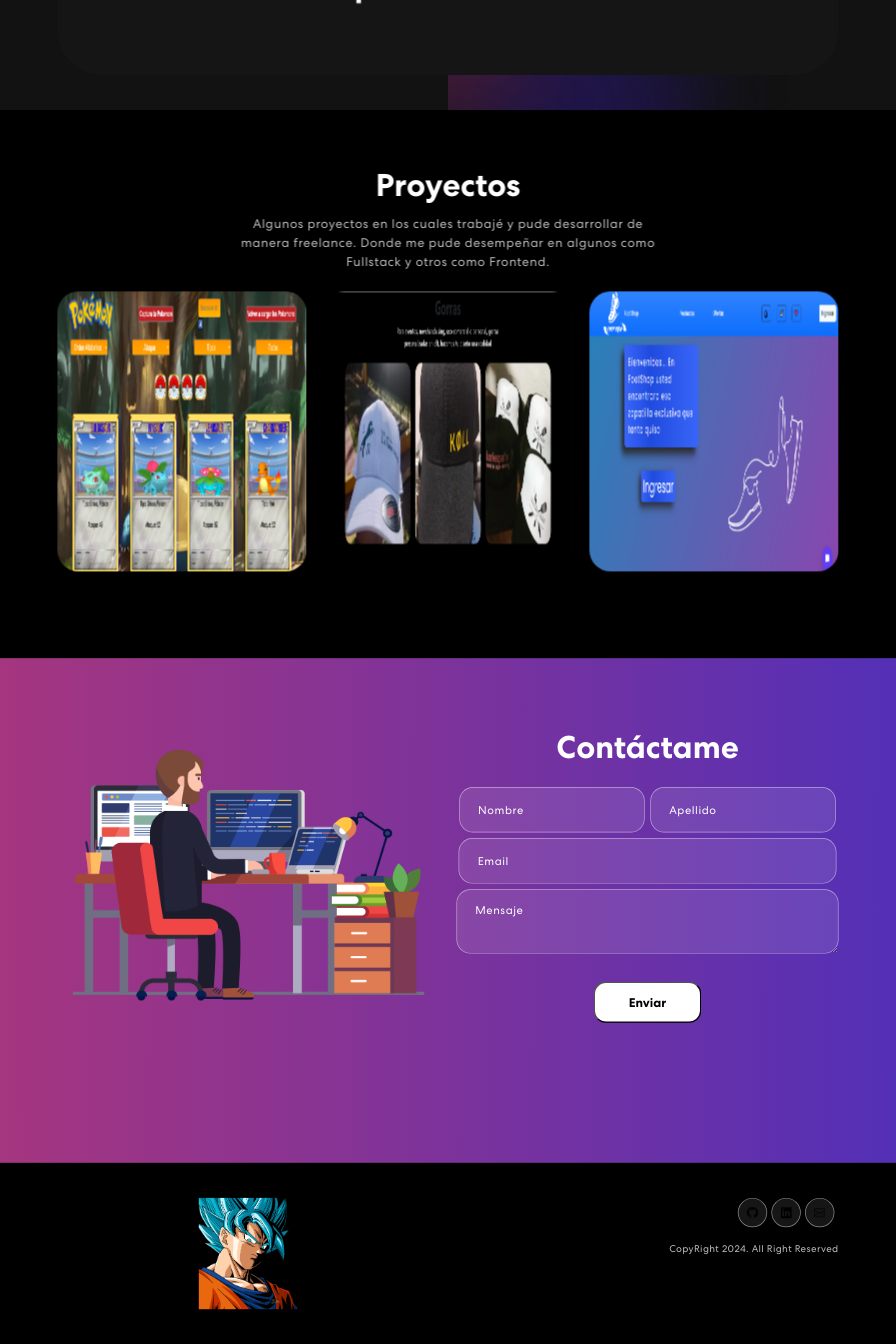
Repository: QuimeyAlejo/Portafolio-V2
Page: /
These files come from the project's save history. The page is drawn as it stood at one moment and after the next save; the edit follows.
The browser window is 1280 px wide. The pictures show the part of the page from y = 1246 to 3166 px (the page is 3166 px tall), at 70% of full size.
The project was rebuilt for these pictures with package versions that can differ from the ones it lists, and the page was loaded fresh each time. Imported but missing from the stored project, and not drawn on this page: src/components/Curriculum/DeveloperQuimeyFullStack-CV.pdf.

Above is the page before, as saved 2024-04-29 15:29:13.

### public/index.html
<!DOCTYPE html>
<html lang="en">
  <head>
    <meta charset="utf-8" />
    <link rel="icon" href="/gsd.png" />
    <meta name="viewport" content="width=device-width, initial-scale=1" />
    <meta name="theme-color" content="#000000" />
    <meta
      name="description"
      content="Web site created using create-react-app"
    />
    <link rel="apple-touch-icon" href="/gsd.png" />
    <!--
      manifest.json provides metadata used when your web app is installed on a
      user's mobile device or desktop. See https://developers.google.com/web/fundamentals/web-app-manifest/
    -->
    <link rel="manifest" href="%PUBLIC_URL%/manifest.json" />
    <!--
      Notice the use of %PUBLIC_URL% in the tags above.
      It will be replaced with the URL of the `public` folder during the build.
      Only files inside the `public` folder can be referenced from the HTML.

      Unlike "/favicon.ico" or "favicon.ico", "%PUBLIC_URL%/favicon.ico" will
      work correctly both with client-side routing and a non-root public URL.
      Learn how to configure a non-root public URL by running `npm run build`.
    -->
    <title>Quimey Alejo Lopez</title>
  </head>
  <body>
    <noscript>You need to enable JavaScript to run this app.</noscript>
    <div id="root"></div>
    <!--
      This HTML file is a template.
      If you open it directly in the browser, you will see an empty page.

      You can add webfonts, meta tags, or analytics to this file.
      The build step will place the bundled scripts into the <body> tag.

      To begin the development, run `npm start` or `yarn start`.
      To create a production bundle, use `npm run build` or `yarn build`.
    -->
  </body>
</html>

### src/pages/Home.jsx
import React from 'react'
import NavBar from '../components/NavBar/NavBar'
import Banner from '../components/Banner/Banner'
import Skills from '../components/Skills/Skills'
import Projects from '../components/Projects/Projects'
import Contact from '../components/Contact/Contact'
import Footer from '../components/Footer/Footer'

function Home() {
  return (

    <div>
        <NavBar/>
        <Banner />
        <Skills />
        <Projects />
        <Contact />
        <Footer />
    </div>
  )
}

export default Home

### src/components/NavBar/NavBar.jsx
import React, {useState, useEffect} from 'react';
import Container from 'react-bootstrap/Container';
import Nav from 'react-bootstrap/Nav';
import Navbar from 'react-bootstrap/Navbar';
import logo from '../../assets/img/logo.png';
import logogith from '../../assets/img/github.svg'
import logolink from '../../assets/img/linkedin.svg'
import logomail from '../../assets/img/envelope.svg'
import CV from '../Curriculum/DeveloperQuimeyFullStack-CV.pdf'



function NavBar() {

    const [activeLink, setActiveLink] = useState('home');
    const [scrolled, setScrolled] = useState(false)

    useEffect(() => {
        if (window.scrollY > 50) {
            setScrolled(true)
        }else{
            setScrolled(false)
        }

        window.addEventListener('scroll', onscroll)
        return () => window.removeEventListener('scroll', onscroll)
    }, [])

    const onUpdateActiveLink = (value) => {
        setActiveLink(value);
    }

  return (
    <Navbar expand="lg" className={scrolled ? 'scrolled' : '' }>
      <Container>
        <Navbar.Brand href="#home">
            <img className='imgLogo' src={logo} alt='logo'/>
        </Navbar.Brand>
        <Navbar.Toggle aria-controls="basic-navbar-nav">
            <span className='navbar-toggler-icon'></span>
        </Navbar.Toggle>
        <Navbar.Collapse id="basic-navbar-nav">
          <Nav className="me-auto">
          <Nav.Link href="#home" className={activeLink === 'home' ? 'active navbar-link' : 'navbar-link'} onClick={() => onUpdateActiveLink('home')}>Home</Nav.Link>
            <Nav.Link href="#skills" className={activeLink === 'skills' ? 'active navbar-link' : 'navbar-link'} onClick={() => onUpdateActiveLink('skills')}>Habilidades</Nav.Link>
            <Nav.Link href="#projects" className={activeLink === 'projects' ? 'active navbar-link' : 'navbar-link'} onClick={() => onUpdateActiveLink('projects')}>Proyectos</Nav.Link>

           <Nav.Link href={CV} download className={activeLink === 'home' ? 'active navbar-link' : 'navbar-link'}>Descargar CV</Nav.Link>
          </Nav>
          <span className="navbar-text">
            <div className="social-icon">
                <a href='https://github.com/QuimeyAlejo'><img src={logogith} alt='logogit'/></a>
                <a href='https://www.linkedin.com/in/quimey-alejo-lopez-199431202/'><img src={logolink} alt='logolinked'/></a>
                <a href='mailto:qalopez2000@gmail.com'><img src={logomail} alt="logomail" /></a>
            </div>
            <a href='mailto:qalopez2000@gmail.com'><button className='vvd'><span>Conectemos</span></button></a>
          </span>
        </Navbar.Collapse>
      </Container>
    </Navbar>
  )
}

export default NavBar

### src/components/Banner/Banner.jsx
import React, { useState, useEffect } from "react";
import { Col, Container, Row } from "react-bootstrap";
import Aos from "aos";
import "aos/dist/aos.css";
import headerImg from "../../assets/img/astronauta4.png";
import styles from "./banner.module.css";

function Banner() {
  const [loopNum, setLoopNum] = useState(0);
  const [isDeleting, setIsDeleting] = useState(false);
  const [text, setText] = useState("");
  const [delta, setDelta] = useState(300 - Math.random() * 100);
  const toRotate = ["Fullstack developer"];
  const period = 2000;

  useEffect(() => {
    let ticker = setInterval(() => {
      tick();
    }, delta);

    return () => {
      clearInterval(ticker);
    };
  }, [text]);

  function tick() {
    let i = loopNum % toRotate.length;
    let fullText = toRotate[i];
    let updatedText = isDeleting
      ? fullText.substring(0, text.length - 1)
      : fullText.substring(0, text.length + 1);

    setText(updatedText);

    if (isDeleting) {
      setDelta((prevDelta) => prevDelta / 2);
    }

    if (!isDeleting && updatedText === fullText) {
      setIsDeleting(true);
      setDelta(period);
    } else if (isDeleting && updatedText === "") {
      setIsDeleting(false);
      setLoopNum(loopNum + 1);
      setDelta(500);
    }
  }

  useEffect(() => {
    Aos.init({ duration: 1000 });
  }, []);

  return (
    <section className={styles.banner} id="home">
      <Container>
        <Row className="align-items-center">
          <Col xs={12} md={6} xl={7}>
            <div className="" data-aos="fade-right">
              <span className={styles.tagline}>
                Bienvenidos a mi Portafolio
              </span>
              <h1>
                {"Hola, mi nombre es Quimey "}
                {/* <span className={styles.wrap}>{text}</span> */}
              </h1>
              <p>
             Estudiante de la Tecnicatura Universitaria en Programación en la UTN de Rosario. Además, he
completado un bootcamp de programación web donde adquirí sólidos fundamentos y habilidades en
lógica de programación. Mi pasión por la informática me impulsa a seguir ampliando mis
conocimientos y explorando diversas tecnologías y lenguajes de programación..{" "}
              </p>
              <a href='mailto:devquimeyalopez@gmail.com'>
                <button>Conectemos</button>
              </a>
            </div>
          </Col>
          <Col xs={12} md={6} xl={5}>
            <div className="" data-aos="fade-left">
              <img
                className={styles.imgBanner}
                src={headerImg}
                alt="Headder Img"
              />
            </div>
          </Col>
        </Row>
      </Container>
    </section>
  );
}

export default Banner;

### src/components/Contact/Contact.jsx
import React, { useEffect, useState } from "react";
import { Col, Container, Row } from "react-bootstrap";
import imgForm1 from "../../assets/img/imgForm.png";
import Aos from "aos";
import "aos/dist/aos.css";
import "./contact.css";

function Contact() {
  const formInitialDetails = {
    firstName: "",
    lastName: "",
    email: "",
    //phone: '',
    message: "",
  };

  const [formDetails, setFormDetails] = useState(formInitialDetails);
  const [buttonText, setButtonText] = useState("Enviar");
  const [status, setStatus] = useState({});

  function handleFormUpdate(category, value) {
    setFormDetails({
      ...formDetails,
      [category]: value,
    });
  }

  async function handleSubmit(e) {
    e.prevent.default();
    setButtonText("Enviando...");
    let response = await fetch("http://localhost:5000/contact", {
      method: "POST",
      headers: {
        "Content-Type": "Application/json;charset=utf-8",
      },
      body: JSON.stringify(formDetails),
    });
    setButtonText("Enviar");
    let result = response.json();
    setFormDetails(formInitialDetails);
    if (result.code === 200) {
      setStatus({ success: true, message: "Mensaje enviado exitosamente" });
    } else {
      setStatus({
        succes: false,
        message: "Algo salio mal, porfavor intente de nuevo.",
      });
    }
  }

  useEffect(() => {
    Aos.init({ duration: 1000 });
  }, []);

  return (
    <section className="contact" id="connect">
      <Container>
        <Row className="align-items-center">
          <Col md={6}>
            <img src={imgForm1} alt="imagen form" />
          </Col>
          <Col md={6}>
            <div
              className=""
              data-aos="zoom-in"
            >
              <h2>Contáctame</h2>
              <form
                onSubmit={handleSubmit}
                action="https://formsubmit.co/qalopez2000@gmail.com"
                method="POST"
              >
                <Row>
                  <div className="containerInput">
                    <Col sm={6} className="px-1">
                      <input
                        name="Nombre"
                        type="text"
                        value={formDetails.firstName}
                        placeholder="Nombre"
                        onChange={(e) =>
                          handleFormUpdate("firstName", e.target.value)
                        }
                      />
                    </Col>
                    <Col sm={6} className="px-1">
                      <input
                        name="Apellido"
                        type="text"
                        value={formDetails.lastName}
                        placeholder="Apellido"
                        onChange={(e) =>
                          handleFormUpdate("lastName", e.target.value)
                        }
                      />
                    </Col>
                  </div>
                  <Col sm={6} className="px-1" id="inputEm">
                    <input
                      name="Email"
                      type="email"
                      value={formDetails.email}
                      placeholder="Email"
                      onChange={(e) =>
                        handleFormUpdate("email", e.target.value)
                      }
                    />
                  </Col>
                  <Col>
                    <textarea
                      name="Mensaje"
                      row="6"
                      value={formDetails.message}
                      placeholder="Mensaje"
                      onChange={(e) =>
                        handleFormUpdate("message", e.target.value)
                      }
                    ></textarea>
                    <button type="submit">
                      <span>{buttonText}</span>
                    </button>
                  </Col>
                  {status.message && (
                    <Col>
                      <p
                        className={
                          status.success === false ? "danger" : "success"
                        }
                      >
                        {status.message}
                      </p>
                    </Col>
                  )}
                </Row>
              </form>
            </div>
          </Col>
        </Row>
      </Container>
    </section>
  );
}

export default Contact;

### src/components/Footer/Footer.jsx
import React from 'react';
import { Col, Container, Row } from 'react-bootstrap';
import logo from '../../assets/img/pngegg.png';
import logogith from '../../assets/img/github.svg';
import logolink from '../../assets/img/linkedin.svg';
import logomail from '../../assets/img/envelope.svg'
import './footer.css'


function Footer() {
  return (
    <footer className='footer'>
        <Container>
            <Row className='align-item-center'>
                <Col sm={6}>
                    <img className='imgLogo' src={logo} alt="logo footer" />
                </Col>
                <Col sm={6} className='text-center text-sm-end'>
                    <div className='social-icon'>
                        <a href='https://github.com/QuimeyAlejo'> <img src={logogith} alt="logo gith" /> </a>
                        <a href='https://www.linkedin.com/in/quimey-alejo-lopez-199431202/'> <img src={logolink} alt="logo link" /> </a>
                        <a href='devquimeyalopez@gmail.com'><img src={logomail} alt="logomail" /></a>
                    </div>
                    <p>CopyRight 2024. All Right Reserved</p>
                </Col>
            </Row>
        </Container>
    </footer>
  )
}

export default Footer

### src/components/Banner/banner.module.css
.imgBanner{
    width: 100%;
}
.banner{
    margin-top: -80px;
    padding: 260px 0 200px 0;
    /* background-image: url(../../assets/img/5437630.jpg); */
    /* background-image: url(../../assets/img/html.jpg); */
    background-image: url(../../assets/img/3174286.jpg);

    background-position: top center;
    background-size: cover;
    background-repeat: no-repeat;
}
.banner .tagline {
    font-weight: 700;
    letter-spacing: 0.8px;
    padding: 8px 10px;
    background: linear-gradient(90.21deg, rgba(23, 75, 43, 0.5) -5.91%, rgba(6, 94, 53, 0.5) 111.58%);
    border: 1px solid rgba(255, 255, 255, 0.5);
    font-size: 20px;
    margin-bottom: 16px;
    display: inline-block;
}
.banner h1 {
    font-size: 65px;
    font-weight: 700;
    letter-spacing: 0.8px;
    line-height: 1;
    margin-bottom: 20px;
    display: block;
}
.banner p {
    color: #b8b8b8;
    font-size: 18px;
    letter-spacing: 0.8px;
    line-height: 1.5em;
    width: 96%;
}
.banner button {
    /* color: #fff; */
    font-weight: 700;
    font-size: 20px;
    padding: 8px 10px;
    border: 1px solid black;
    border-radius: 20px;
    margin-top: 40px;
    letter-spacing: 0.8px;
    display: flex;
    align-items: center;
}
.banner a {
    text-decoration: none;
}
.banner button svg {
    margin-left: 5px;
}
.banner button:hover svg {
    margin-left: 25px;
}
.banner img {
    animation: updown 3s linear infinite;
}
@keyframes updown {
    0% {
        transform: translateY(-20px);
    }
    50% {
        transform: translateY(20px);
    }
    100% {
        transform: translateY(-20px);
    }
}
.txt-rotate > .wrap {
    border-right: 0.08em solid #666;
}

### src/components/Skills/skills.module.css
.skill {
    padding: 0 0 50px 0;
    position: relative;
}
.skillbx {
    background: #151515;
    border-radius: 64px;
    text-align: center;
    padding: 60px 50px;
    margin-top: -60px;
}
.skill h5 {
    font-size: 45px;
    font-weight: 700;
}
.skill p {
    color: #b8b8b8;
    font-size: 18px;
    letter-spacing: 0.8px;
    line-height: 1.5rem;
    margin: 14px 0 75px 0;
}
.skillSlider {
    width: 80%;
    margin: 0 auto;
    position: relative;
}
.skillSlider .item img{
    width: 50%;
    margin: 0 auto 15px auto;
}
.imgCar {
    width: 50%;
}
.backgroundImageLeft {
    top: 28%;
    position: absolute;
    bottom: 0;
    width: 40%;
    z-index: -4;
}

### src/components/Projects/projects.module.css
.project {
    padding: 80px 0;
    position: relative;
    background-color: black;
}
.project h2 {
    font-size: 45px;
    font-weight: 700;
    text-align: center;
}
.project p {
    color: #b8b8b8;
    font-size: 18px;
    letter-spacing: 0.8px;
    line-height: 1.5em;
    margin: 14px auto 30px auto;
    text-align: center;
    width: 56%;
}
.project .nav.nav-pills {
    width: 72%;
    margin: 0 auto;
    border-radius: 50px;
    background-color: rgb(255, 255, 255 / 10%);
    overflow: hidden;
}
.project .nav.nav-pills .nav-item {
    width: 33.33333%;
}
.project .nav.nav-pills .nav-link {
    background-color: transparent;
    border-radius: 0;
    padding: 17px 0;
    color: #fff;
    width: 100%;
    font-size: 17px;
    letter-spacing: 0.8px;
    font-weight: 500;
    position: relative;
    transition: 0.3s ease-in-out;
    text-align: center;
    z-index: 0;
}
.project .nav.nav-pills .nav-link::before {
    content: '';
    position: absolute;
    width: 0;
    height: 100%;
    background: linear-gradient(90.21deg,rgba(255, 255, 255, 0.5));
    top: 0;
    left: 0;
    z-index: -1;
    transition: 0.3s ease-in-out;
}
.project .nav.nav-pills .nav-link.active::before {
    width: 100% !important;
}
.project .nav.nav-pills .nav-link.active {
    border: 1px solid rgba(255, 255, 255, 1);
}
.nav-link#projects-tabs-tab-first {
    border: 1px solid rgba(255, 255, 255, 0.5);
    border-radius: 55px 0px 0px 0px;
}
.nav-link#projects-tabs-tab-second {
    border-top: 1px solid rgba(255, 255, 255, 0.5);
    border-bottom: 1px solid rgba(255, 255, 255, 0.5);
}
.nav-link#projects-tabs-tab-third {
    border: 1px solid rgba(255, 255, 255, 0.5);
    border-radius: 0 55px 0;
}
.backgroundimageright {
    top: 20%;
    position: absolute;
    bottom: 0;
    width: 35%;
    right: 0;
    z-index: -4;
}
/* -----------------------CARD -------------------------------------------------*/
.projimgbx {
    position: relative;
    border-radius: 30px;
    overflow: hidden;
    margin-bottom: 24px;
    height: 90%;
}
.projimgbx img {
height: 420px;
}
.projimbgx::before {
    content: '';
    background: linear-gradient(90.21deg,rgba(255, 255, 255, 0.5));
    opacity: 0.85;
    position: absolute;
    width: 100%;
    height: 0;
    transition: 0.4s ease-in-out;
}
.projimgbx:hover::before {
    height: 100%;
}
.projtxtx {
    position: absolute;
    text-align: center;
    top: 65%;
    left: 50%;
    transform: translate(-50%, -50%);
    transition: 0.5s ease-in-out;
    opacity: 0;
    width: 100%;
}
.projimgbx:hover .projtxtx {
    top: 50%;
    opacity: 1;
    background-color: black;
    border: 1px solid;
    border-radius: 10px;
}
.projtxtx h4 {
    font-size: 30px;
    font-weight: 700;
    letter-spacing: 0.8px;
    line-height: 1.1em;
}
.projtxtx span {
    font-size: italic;
    font-weight: 400;
    font-size: 15px;
    letter-spacing: 0.8px;
}
.buttonCard{
    font-weight: 700;
    font-size: 14px;
    padding: 8px 10px;
    border: 1px solid black;
    border-radius: 20px;
    letter-spacing: 0.8px;
    margin-left: 10px;
}
.buttonCard:hover svg{
    margin-left: 10px;
}

### src/components/Contact/contact.css
.contact {
  background: linear-gradient(90.21deg, #aa367c -5.91%, #4a2fbd 111.58%);
  padding: 100px 0 200px 0;
}
.contact img {
  width: 92%;
}
.contact h2 {
  font-size: 45px;
  font-weight: 700;
  margin-bottom: 30px;
}
.contact form input,
.contact form textarea {
  width: 100%;
  background: rgba(255, 255, 255, 0.1);
  border: 1px solid rgba(255, 255, 255, 0.5);
  border-radius: 20px;
  color: #fff;
  margin: 0 0 8px 0;
  padding: 18px 26px;
  font-weight: 500;
  font-size: 18px;
  letter-spacing: 0.8px;
  transition: 0.3s ease-in-out;
}
.containerInput {
    display: flex;
}
#inputEm {
    width: 96%;
    margin-left: 2%;
}
.contact form input:focus,
.contact form textarea:focus {
  background: rgba(255, 255, 255, 1);
  color: #121212;
}
.contact form input::placeholder,
.contact form textarea::placeholder {
  font-size: 16px;
  font-weight: 400;
  color: #fff;
}
.contact form input:focus::placeholder,
.contact form textarea:focus::placeholder {
  color: #121212;
  opacity: 0.8;
}
.contact form button {
  font-weight: 700;
  color: #000;
  background-color: #fff;
  padding: 14px 48px;
  font-size: 18px;
  margin-top: 25px;
  border-radius: 0;
  position: relative;
  transition: 0.3s ease-in-out;
  border-radius: 18px;
}
.contact form button span {
    z-index: 1;
    position: relative;
}
.contact form button:hover {
    color: #fff;
    border-radius: 18px;
}
.contact form button::before {
    content: "";
    background: #121212;
    width: 0;
    height: 100%;
    position: absolute;
    top: 0;
    left: 0;
    z-index: 0;
    transition: 0.3s ease-in-out;
    border-radius: 18px;
  }
  .contact form button:hover::before {
    width: 100%;
    border-radius: 18px;
  }

### src/components/Footer/footer.css
.footer {
    padding: 50px 0 50px 0;
    background-image: url(../../assets/img/black.png);
    background-position: center center;
    background-size: cover;
    background-repeat: no-repeat;
}
.footer img {
    width: 26%;
}
.footer p {
    font-weight: 400;
    font-size: 14px;
    color: #b8b8b8;
    letter-spacing: 0.5px;
    margin-top: 20px;
}

Loaded but not shown: src/index.js (common file); src/index.css (common file); src/reportWebVitals.js (common file); src/App.js (14 lines, source omitted); src/components/Projects/Projects.jsx (140 lines, source omitted); src/App.css (246 lines, source omitted); src/components/Skills/Skills.jsx (149 lines, source omitted)

After the next save:
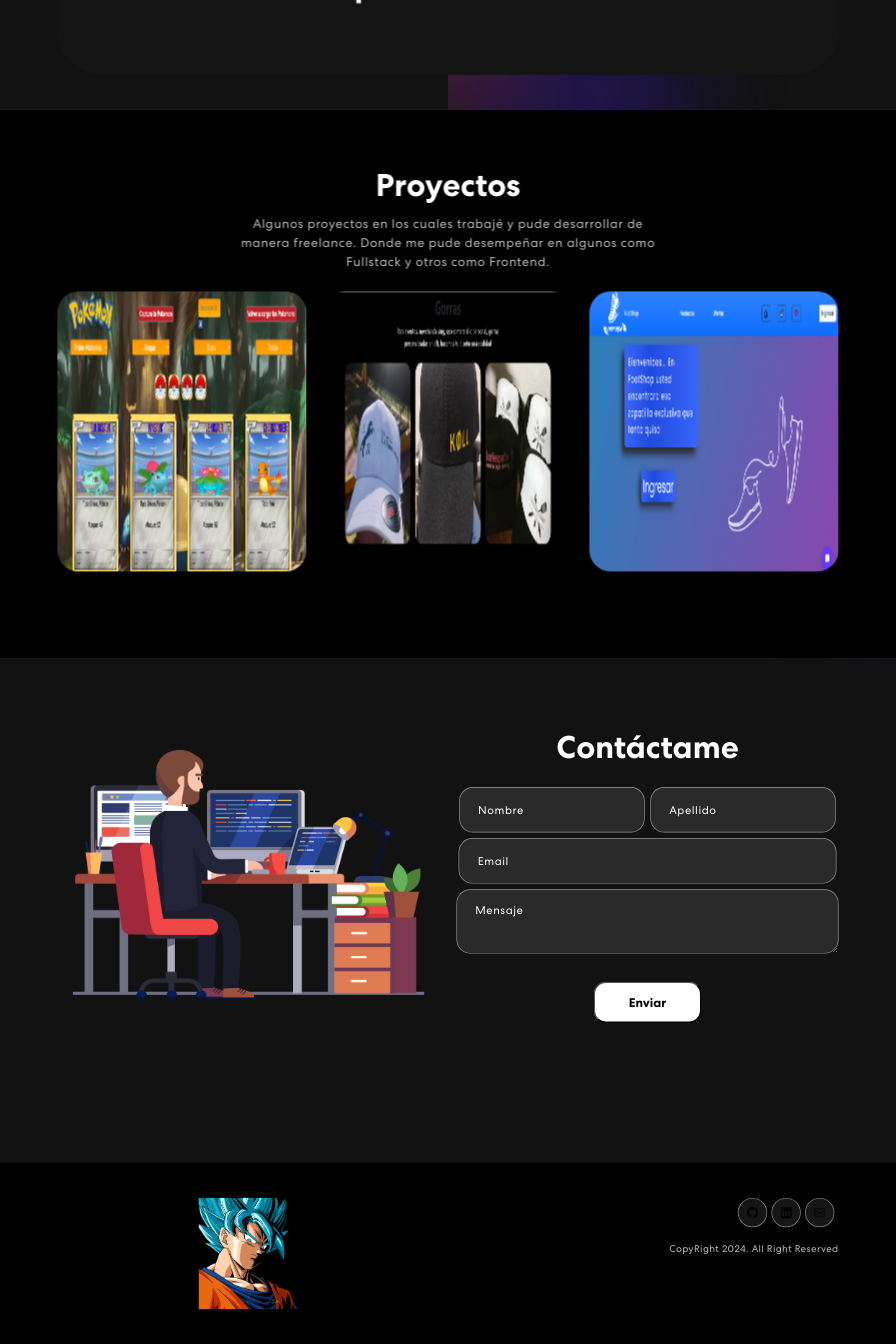
Saved 118 s later.
--- a/src/components/Contact/contact.css
+++ b/src/components/Contact/contact.css
@@ -1,5 +1,5 @@
 .contact {
-  background: linear-gradient(90.21deg, #aa367c -5.91%, #4a2fbd 111.58%);
+  background: linear-gradient(90.21deg,#b8b8b8);
   padding: 100px 0 200px 0;
 }
 .contact img {
